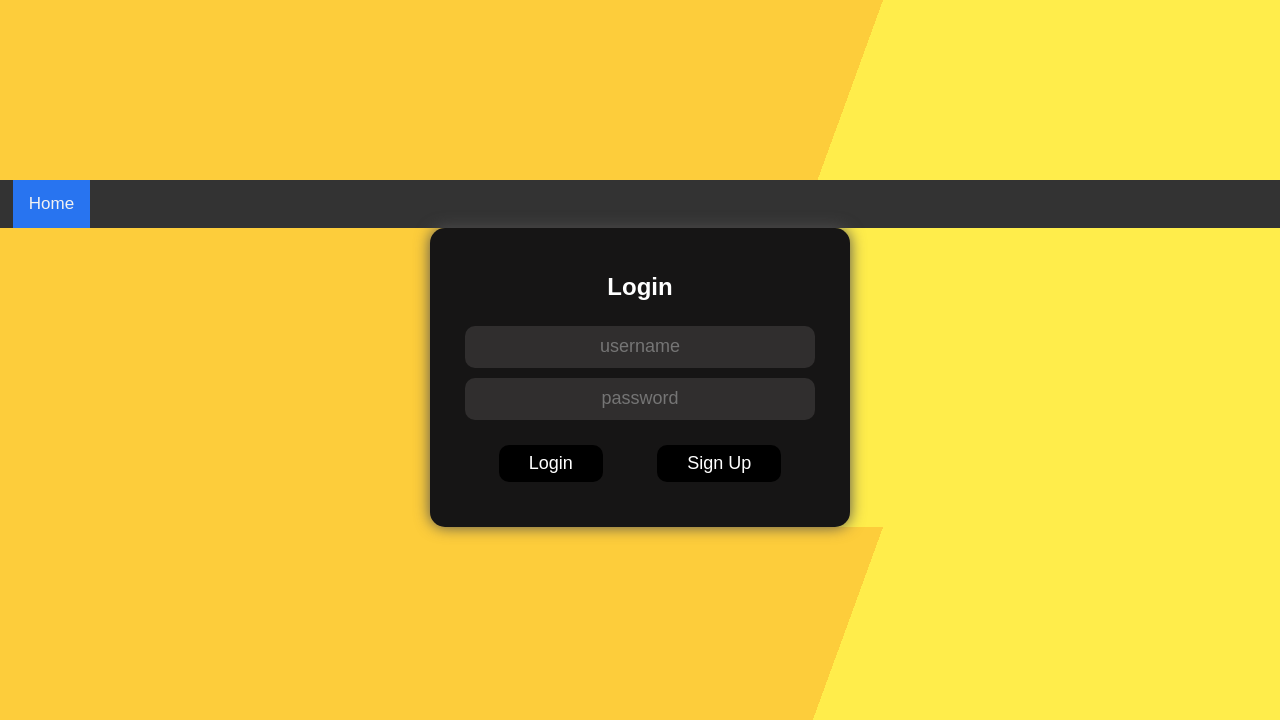
Repository: JohnRudolph1/Movie-Blog
Page: html/login.html
The author's editor kept a copy of each file at every save. The page is drawn from the files as they stood at one save, then again after the next save.
The browser window is 1280 px wide. The pictures show the whole page.

Above is the page before, as saved 2022-01-03 12:00:06.

After the next save:
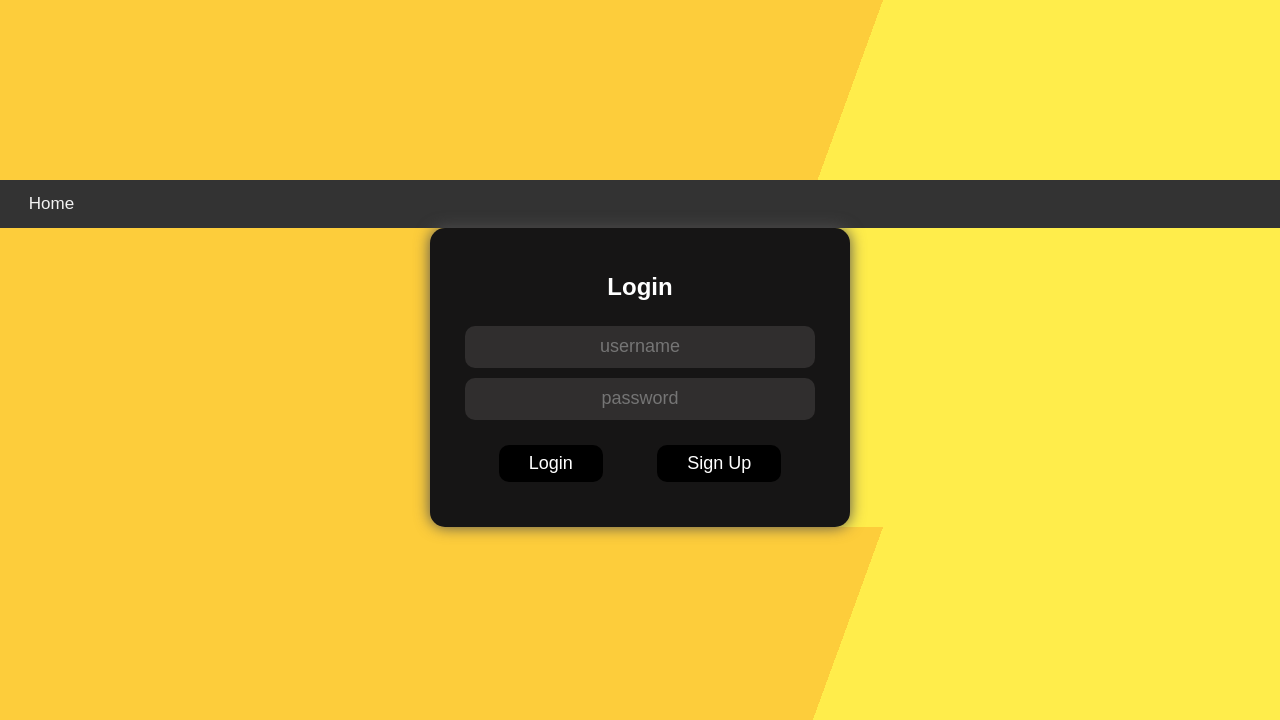
Saved 12 s later.
--- a/css/login.css
+++ b/css/login.css
@@ -51,59 +51,3 @@ button{
 button:hover{
     background-color:
 }
-
-.topnav {
-    overflow: hidden;
-    background-color: #333;
-    font-family: "Oswald", sans-serif;
-  }
-
-  .topnav a {
-    float: left;
-    display: block;
-    color: #f2f2f2;
-    text-align: center;
-    padding: 14px 16px;
-    margin: 0 1%;
-    text-decoration: none;
-    font-size: 17px;
-    transition: 0.5s;
-  }
-
-  .active {
-    background-color: #2874f0;
-    color: white;
-  }
-
-  .topnav .icon {
-    display: none;
-  }
-  .nav {
-    background-color: white;
-    color: black ;
-    padding-top: 30px;
-}
-
-.logo {
-float:left;
-    display: inline;
-}
-
-.login {
-   float: right;
-   display: stretch;
-  flex-flow: row wrap;
-  align-items: center;
-}
-
-login input {
-
-}
-
-ul {
-
-}
-
-li {
-
-}
